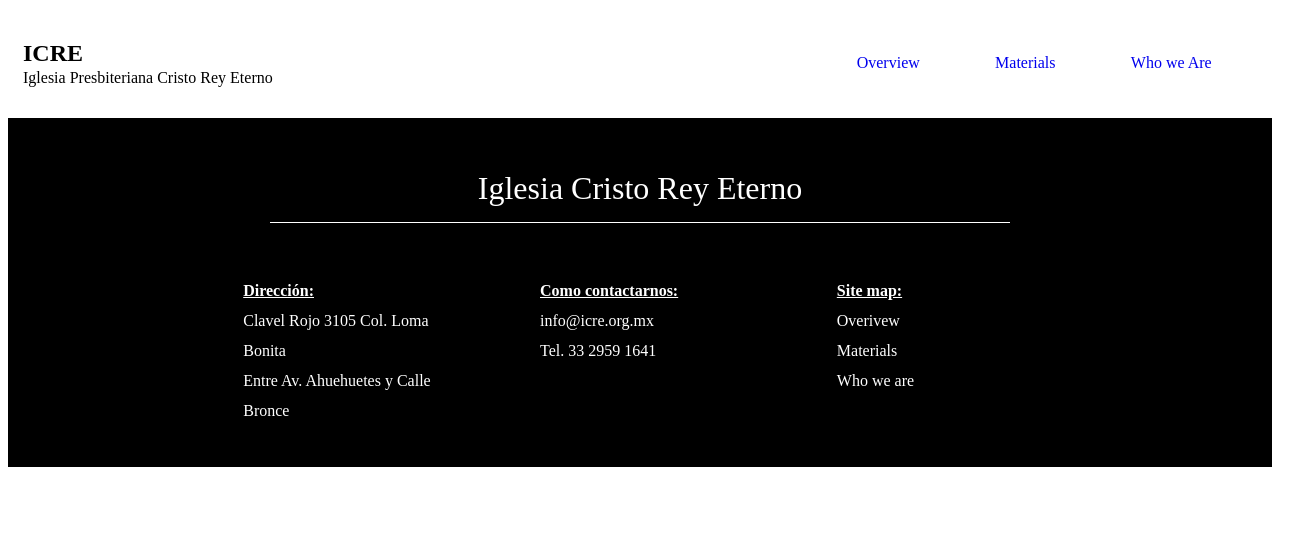
Repository: programmer686/Third-times-a-charm
Page: /Materials
These files come from the project's save history. The page is drawn as it stood at one moment and after the next save; the edit follows.
The browser window is 1280 px wide. The page is 1302 px wide, so the pictures cover 1302 px, including what lies to the right of the window. The pictures show the whole page.
The project was rebuilt for these pictures with package versions that can differ from the ones it lists, and the page was loaded fresh each time. The framework's server and built-in components were replaced by stand-ins that run in the browser. Also part of the build but not shown: next.config.js, src/styles/globals.css.

Above is the page before, as saved 2023-04-23 16:36:09.

After the next save:
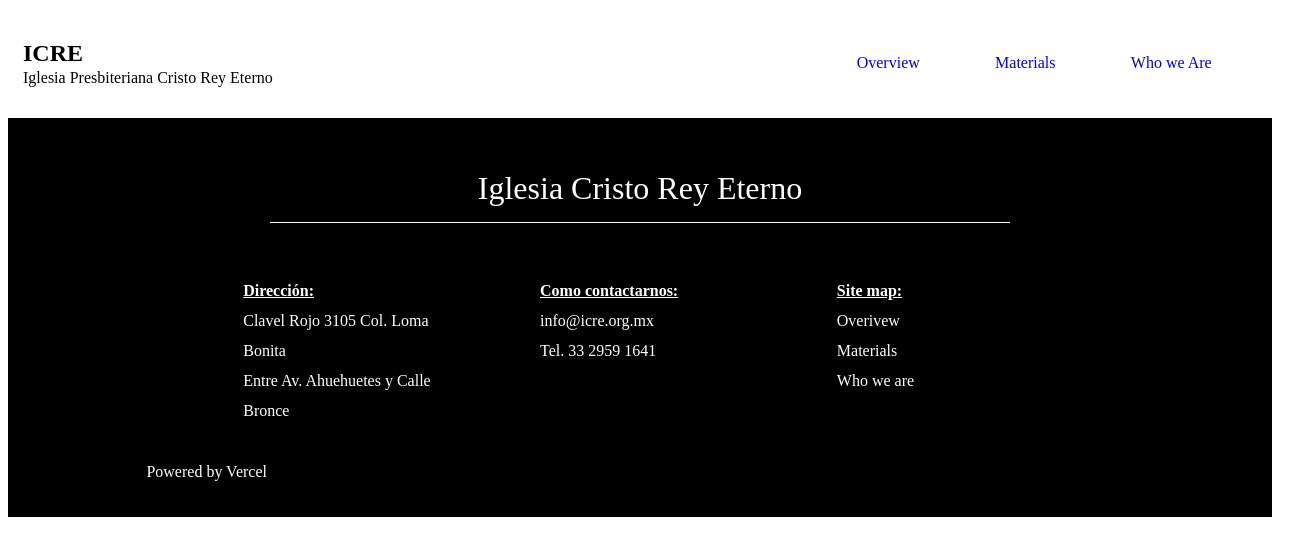
Saved 6 s later.
--- a/src/comps/Footer/Footer.tsx
+++ b/src/comps/Footer/Footer.tsx
@@ -28,6 +28,7 @@ export default function Footer() {
                     </p>
                 </div>
             </div>
+            <p className={styles.footer_powerd_by}>Powered by Vercel</p>
         </footer>
     )
 }
